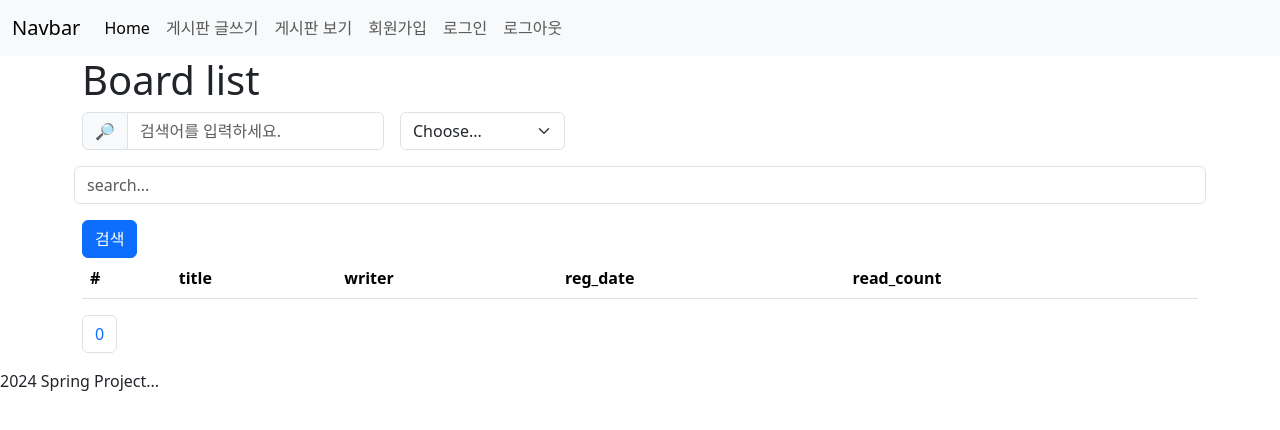
Repository: leegangjin/springTest240430
Page: http://localhost/spring_study/WEB-INF/views/board/list.jsp
An editor plug-in stored every save of this project. The page is shown before and after the next save, followed by the edit.
The browser window is 1280 px wide. The pictures show the whole page.
The page is served by Tomcat 9. Nobody is signed in. The template is opened directly, without the code that normally fills it, so the values that code supplies are empty.

Above is the page before, as saved 2024-04-25 02:47:58.

After the next save:
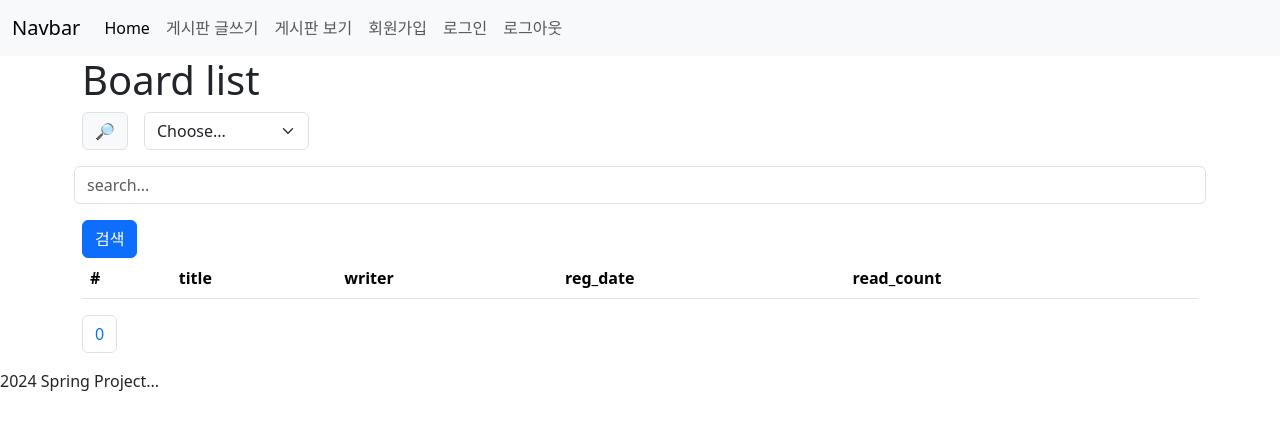
Saved 43 s later.
--- a/spring_study/src/main/webapp/WEB-INF/views/board/list.jsp
+++ b/spring_study/src/main/webapp/WEB-INF/views/board/list.jsp
@@ -11,7 +11,7 @@
     <label class="visually-hidden" for="inlineFormInputGroupUsername">Username</label>
     <div class="input-group">
       <div class="input-group-text">🔎</div>
-      <input type="text" class="form-control" id="inlineFormInputGroupUsername" placeholder="검색어를 입력하세요.">
+
     </div>
   </div>
 

After the save that followed:
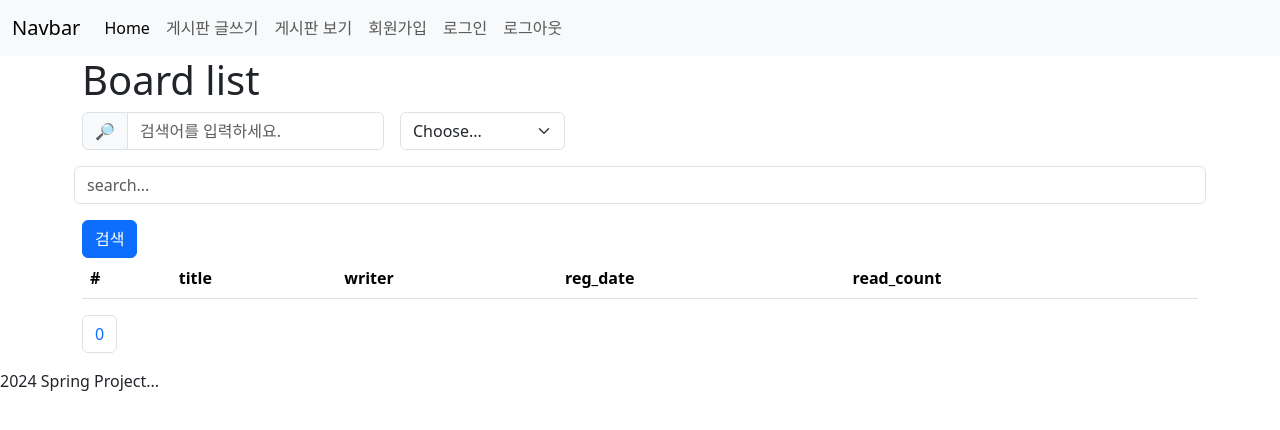
Saved 97 s later.
--- a/spring_study/src/main/webapp/WEB-INF/views/board/list.jsp
+++ b/spring_study/src/main/webapp/WEB-INF/views/board/list.jsp
@@ -11,7 +11,7 @@
     <label class="visually-hidden" for="inlineFormInputGroupUsername">Username</label>
     <div class="input-group">
       <div class="input-group-text">🔎</div>
-
+      <input type="text" class="form-control" id="inlineFormInputGroupUsername" placeholder="검색어를 입력하세요.">
     </div>
   </div>
 
